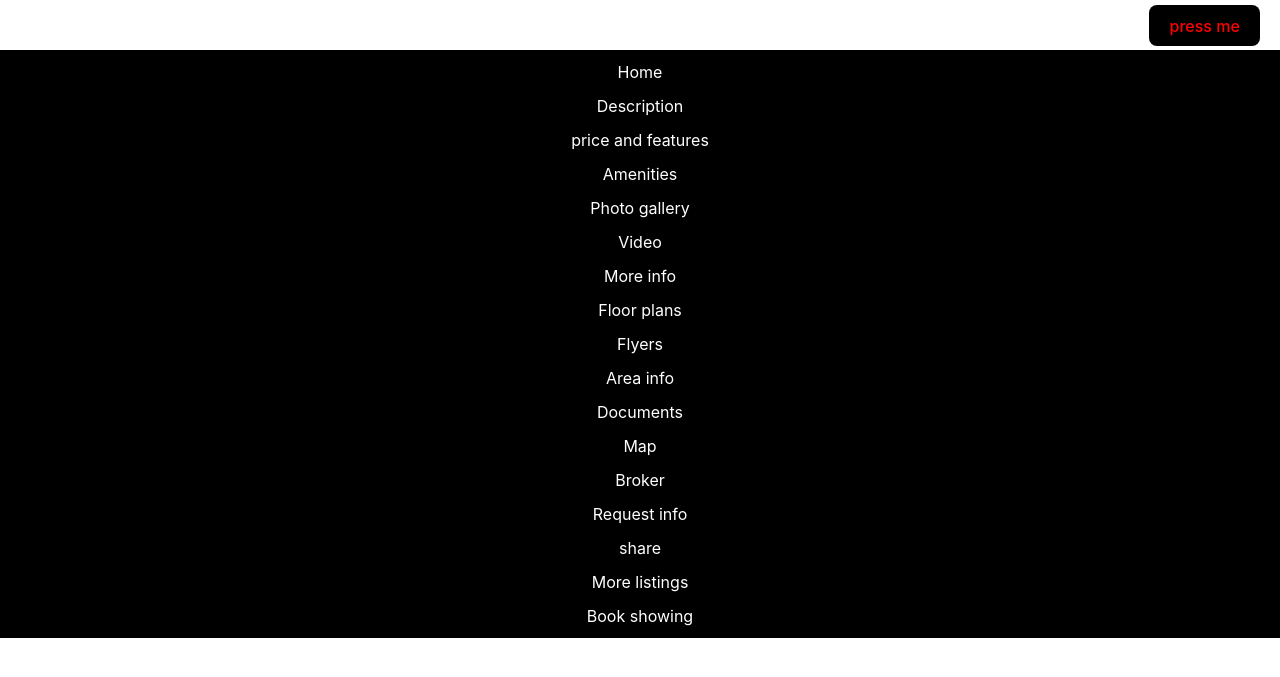
Repository: TMuse333/real-estate-landingpage
Page: /
The author's editor kept a copy of each file at every save. The page is drawn from the files as they stood at one save, then again after the next save.
The browser window is 1280 px wide. The pictures show the whole page.
The project was rebuilt for these pictures with package versions that can differ from the ones it lists, and the page was loaded fresh each time. Also part of the build but not shown: vite.config.js.

Above is the page before, as saved 2023-09-19 16:41:46.

After the next save:
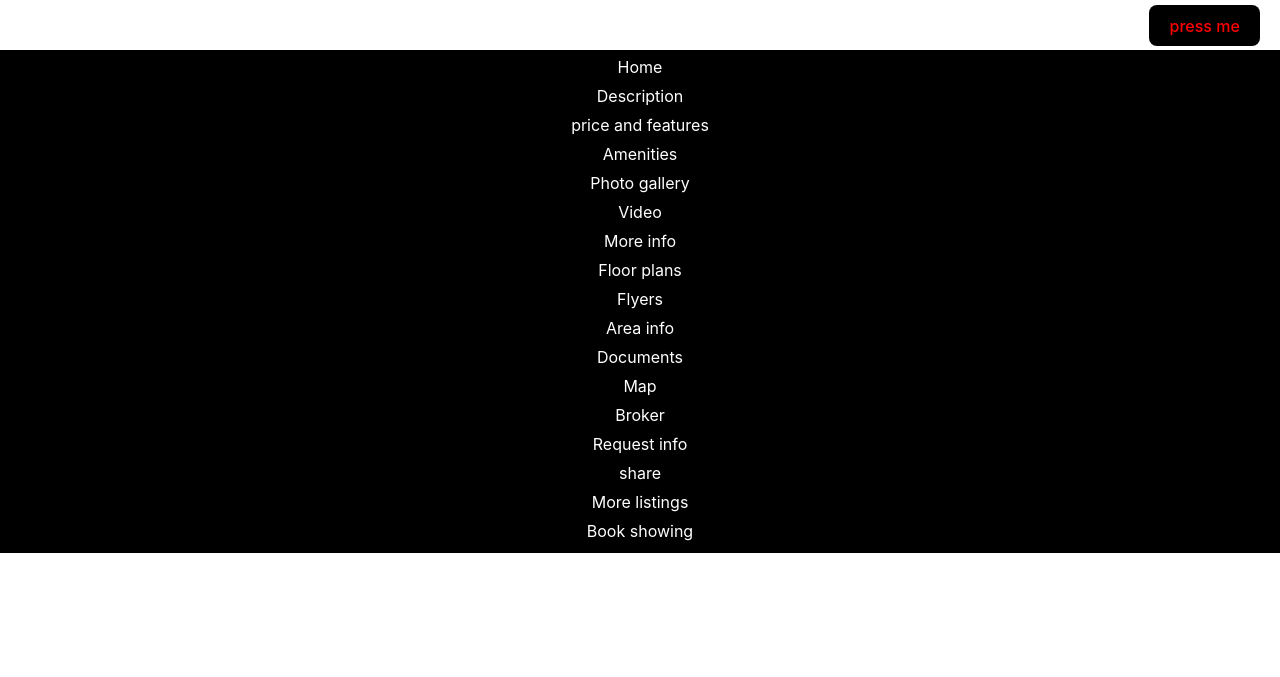
Saved 11 s later.
--- a/src/App.css
+++ b/src/App.css
@@ -25,7 +25,7 @@ width: 100vw;
 }
 
 .nav-list li{
-  margin-top: 10px;
+  margin-top: 5px;
 }
 
 .list-container {
